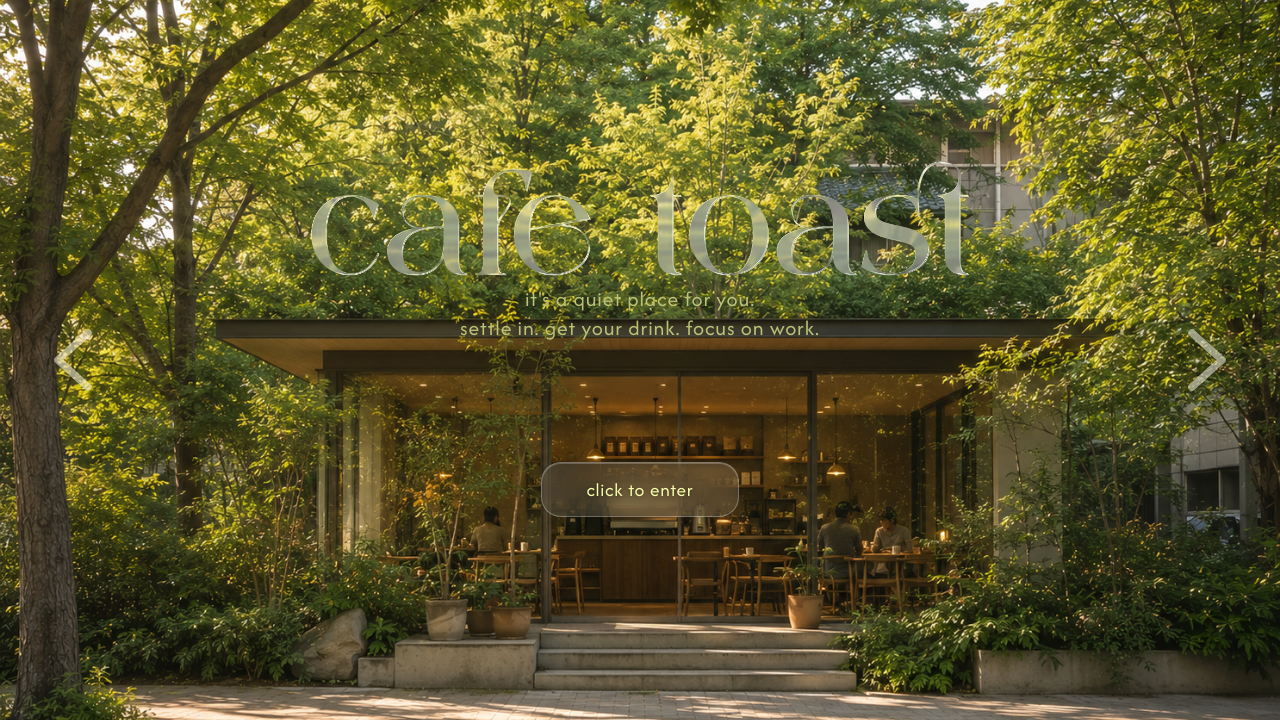
Repository: j1s00jang/cafe_toast
Page: /
An editor plug-in stored every save of this project. The page is shown before and after the next save, followed by the edit.
The browser window is 1280 px wide. The pictures show the whole page.
The project was rebuilt for these pictures with package versions that can differ from the ones it lists, and the page was loaded fresh each time. Also part of the build but not shown: vite.config.js, src/components/DrinkCarousel.css, src/components/DrinkCarousel.jsx, src/pages/DrinkSelect.css, src/pages/DrinkSelect.jsx, src/components/AudioControls.jsx, src/components/ConfirmModal.css, src/components/ConfirmModal.jsx and 5 more. Imported but missing from the stored project, and not drawn on this page: src/assets/music/jazz_cafe.mp3, src/assets/music/lofi_jazz_cafe.mp3, src/assets/music/smooth_jazz_cafe.mp3, src/assets/music/the_bookstore_cafe.mp3, src/assets/sounds/cafe_ambient_sound.mp3.

Above is the page before, as saved 2026-10-28 10:13:34.

### index.html
<!doctype html>
<html lang="en">
    <head>
        <meta charset="UTF-8" />
        <link
            rel="icon"
            href="/favicon.ico"
            sizes="48x48"
        />
        <link
            rel="icon"
            type="image/png"
            sizes="32x32"
            href="/favicon-32.png"
        />
        <link
            rel="icon"
            type="image/png"
            sizes="16x16"
            href="/favicon-16.png"
        />
        <link
            rel="apple-touch-icon"
            sizes="180x180"
            href="/apple-touch-icon.png"
        />
        <meta
            name="viewport"
            content="width=device-width, initial-scale=1.0"
        />
        <link
            rel="preconnect"
            href="https://fonts.googleapis.com"
        />
        <link
            rel="preconnect"
            href="https://fonts.gstatic.com"
            crossorigin
        />
        <link
            href="https://fonts.googleapis.com/css2?family=Didact+Gothic&family=Big+Shoulders+Display&display=swap"
            rel="stylesheet"
        />
        <title>cafe toast</title>
    </head>
    <body>
        <div id="root"></div>
        <script
            type="module"
            src="/src/main.jsx"
        ></script>
    </body>
</html>

### src/main.jsx
import { StrictMode } from 'react'
import { createRoot } from 'react-dom/client'
import './index.css'
import './styles/fonts.css'
import App from './App.jsx'

createRoot(document.getElementById('root')).render(
  <StrictMode>
    <App />
  </StrictMode>,
)

### src/index.css
*,
*::before,
*::after {
    box-sizing: border-box;
}

body {
    margin: 0;
    min-width: 320px;
}

#root {
    min-height: 100svh;
}

### src/styles/fonts.css
@font-face {
  font-family: Afacad;
  src: url('/fonts/afacad-latin-400-normal.woff2') format('woff2');
  font-weight: 400;
  font-style: normal;
  font-display: swap;
}

@font-face {
  font-family: Afacad;
  src: url('/fonts/afacad-latin-600-normal.woff2') format('woff2');
  font-weight: 600;
  font-style: normal;
  font-display: swap;
}

@font-face {
  font-family: Against;
  src:
    local('Against'),
    local('Against Regular'),
    url('/fonts/against-regular.otf') format('opentype'),
    url('/fonts/against-regular.ttf') format('truetype');
  font-weight: 400;
  font-style: normal;
  font-display: swap;
}

@font-face {
  font-family: BigShouldersDisplay;
  src: url('/fonts/big-shoulders-display-latin-400-normal.woff2') format('woff2');
  font-weight: 400;
  font-style: normal;
  font-display: swap;
}

@font-face {
  font-family: DidactGothic;
  src: url('/fonts/didact-gothic-latin-400-normal.woff2') format('woff2');
  font-weight: 400;
  font-style: normal;
  font-display: swap;
}

### src/App.jsx
import { useRef, useState } from "react";
import { CAFE_MODES } from "./data/cafeModes";
import { DEFAULT_DRINK_INDEX, DRINKS } from "./data/drinks";
import { createTimerSounds } from "./hooks/useTimerSounds";
import CafeToast from "./pages/CafeToast";
import DrinkSelect from "./pages/DrinkSelect";
import TimerPage from "./pages/TimerPage";

function App() {
    const [screen, setScreen] = useState("enter");
    const [cafeModeIndex, setCafeModeIndex] = useState(0);
    const [selectedDrinkIndex, setSelectedDrinkIndex] =
        useState(DEFAULT_DRINK_INDEX);
    const soundsRef = useRef(null);
    const cafeMode = CAFE_MODES[cafeModeIndex];
    const selectedDrink = DRINKS[selectedDrinkIndex];

    const handleOrderComplete = (drinkIndex) => {
        setSelectedDrinkIndex(drinkIndex);

        if (!soundsRef.current) {
            soundsRef.current = createTimerSounds();
        }

        soundsRef.current.start();
        setScreen("timer");
    };

    const handleLeaveTimer = () => {
        setScreen("enter");
    };

    if (screen === "timer") {
        return (
            <TimerPage
                drink={selectedDrink}
                modeId={cafeMode.id}
                background={cafeMode.selectBackground}
                soundsRef={soundsRef}
                onBack={handleLeaveTimer}
            />
        );
    }

    if (screen === "drink-select") {
        return (
            <DrinkSelect
                modeId={cafeMode.id}
                background={cafeMode.selectBackground}
                onOrderComplete={handleOrderComplete}
                onBack={() => setScreen("enter")}
            />
        );
    }

    return (
        <CafeToast
            modeIndex={cafeModeIndex}
            onModeChange={setCafeModeIndex}
            onEnter={() => setScreen("drink-select")}
        />
    );
}

export default App;

### src/data/cafeModes.js
import sunnyBg from '../assets/backgrounds/cafe_toast_sunny01.png'
import sunnySelectBg from '../assets/backgrounds/cafe_toast_sunny02.png'
import sunnyTitle from '../assets/backgrounds/sunny_title.png'
import rainyBg from '../assets/backgrounds/cafe_toast_rainy01.png'
import rainySelectBg from '../assets/backgrounds/cafe_toast_rainy02.png'
import rainyTitle from '../assets/backgrounds/rainy_title.png'
import snowyBg from '../assets/backgrounds/cafe_toast_snow01.png'
import snowySelectBg from '../assets/backgrounds/cafe_toast_snow02.png'
import snowyTitle from '../assets/backgrounds/snowy_title.png'

export const CAFE_MODES = [
  { id: 'sunny', label: 'Sunny day', background: sunnyBg, selectBackground: sunnySelectBg, titleImage: sunnyTitle },
  { id: 'rainy', label: 'Rainy day', background: rainyBg, selectBackground: rainySelectBg, titleImage: rainyTitle },
  { id: 'snowy', label: 'Snowy day', background: snowyBg, selectBackground: snowySelectBg, titleImage: snowyTitle },
]

### src/data/drinks.js
import dripImage from "../assets/drinks/coffee03_drip.png";
import americanoImage from "../assets/drinks/coffee01_americano.png";
import latteImage from "../assets/drinks/coffee04_latte.png";
import cortadoImage from "../assets/drinks/coffee02_cortado.png";
import matchaImage from "../assets/drinks/coffee05_matcha.png";
import teaImage from "../assets/drinks/coffee06_tea.png";

export const DRINKS = [
    {
        id: "drip",
        name: "drip coffee",
        article: "a",
        image: dripImage,
        timerOffsetX: "1.75rem",
        timerGlowX: "54%",
        timerGlowY: "58%",
    },
    {
        id: "americano",
        name: "iced americano",
        article: "an",
        image: americanoImage,
    },
    { id: "latte", name: "iced latte", article: "an", image: latteImage },
    { id: "cortado", name: "cortado", article: "a", image: cortadoImage },
    { id: "matcha", name: "match latte", article: "a", image: matchaImage },
    { id: "tea", name: "iced tea", article: "an", image: teaImage },
];

export const DEFAULT_DRINK_INDEX = 1;

### src/hooks/useTimerSounds.js
import { Howl } from 'howler'
import ambientSound from '../assets/sounds/cafe_ambient_sound.mp3'
import jazzCafe from '../assets/music/jazz_cafe.mp3'
import lofiJazzCafe from '../assets/music/lofi_jazz_cafe.mp3'
import smoothJazzCafe from '../assets/music/smooth_jazz_cafe.mp3'
import bookstoreCafe from '../assets/music/the_bookstore_cafe.mp3'

const MUSIC_TRACKS = [jazzCafe, lofiJazzCafe, smoothJazzCafe, bookstoreCafe]

function shuffleTracks(tracks) {
  const shuffled = [...tracks]

  for (let i = shuffled.length - 1; i > 0; i -= 1) {
    const j = Math.floor(Math.random() * (i + 1))
    ;[shuffled[i], shuffled[j]] = [shuffled[j], shuffled[i]]
  }

  return shuffled
}

function clampVolume(volume) {
  return Math.min(1, Math.max(0, volume))
}

export function createTimerSounds() {
  const ambient = new Howl({
    src: [ambientSound],
    loop: true,
    volume: 0.3,
  })

  let music = null
  let musicPlaylist = []
  let musicPlaylistIndex = 0
  let isDestroyed = false
  let musicMuted = false
  let ambientMuted = false
  let musicVolume = 0.3
  let ambientVolume = 0.3

  const getMusicOutputVolume = () => (musicMuted ? 0 : musicVolume)
  const getAmbientOutputVolume = () => (ambientMuted ? 0 : ambientVolume)

  const unloadMusic = (howl) => {
    if (!howl) return
    howl.stop()
    window.setTimeout(() => howl.unload(), 0)
  }

  const advanceMusic = () => {
    if (isDestroyed) return

    musicPlaylistIndex += 1

    if (musicPlaylistIndex >= musicPlaylist.length) {
      musicPlaylist = shuffleTracks(MUSIC_TRACKS)
      musicPlaylistIndex = 0
    }

    playCurrentMusicTrack()
  }

  const playCurrentMusicTrack = () => {
    if (isDestroyed) return

    const track = musicPlaylist[musicPlaylistIndex]
    if (!track) return

    const previousMusic = music
    const nextMusic = new Howl({
      src: [track],
      loop: false,
      html5: true,
      volume: getMusicOutputVolume(),
    })

    music = nextMusic

    nextMusic.once('end', advanceMusic)
    nextMusic.once('loaderror', () => {
      if (isDestroyed || music !== nextMusic) return
      advanceMusic()
    })
    nextMusic.once('playerror', () => {
      if (isDestroyed || music !== nextMusic) return
      nextMusic.once('unlock', () => {
        if (!isDestroyed && music === nextMusic) {
          nextMusic.play()
        }
      })
    })

    const playWhenReady = () => {
      if (!isDestroyed && music === nextMusic) {
        nextMusic.play()
      }
    }

    if (nextMusic.state() === 'loaded') {
      playWhenReady()
    } else {
      nextMusic.once('load', playWhenReady)
    }

    unloadMusic(previousMusic)
  }

  const startMusic = () => {
    musicPlaylist = shuffleTracks(MUSIC_TRACKS)
    musicPlaylistIndex = 0
    playCurrentMusicTrack()
  }

  const start = () => {
    if (!ambient.playing()) {
      ambient.play()
    }

    if (music?.playing()) return

    if (music) {
      music.play()
      return
    }

    startMusic()
  }

  const setMusicMuted = (muted) => {
    musicMuted = muted
    if (music) music.volume(getMusicOutputVolume())
  }

  const setAmbientMuted = (muted) => {
    ambientMuted = muted
    ambient.volume(getAmbientOutputVolume())
  }

  const setMusicVolume = (volume) => {
    musicVolume = clampVolume(volume)
    if (music) music.volume(getMusicOutputVolume())
  }

  const setAmbientVolume = (volume) => {
    ambientVolume = clampVolume(volume)
    ambient.volume(getAmbientOutputVolume())
  }

  const destroy = () => {
    isDestroyed = true
    ambient.stop()
    ambient.unload()

    unloadMusic(music)
    music = null
  }

  return {
    start,
    setMusicMuted,
    setAmbientMuted,
    setMusicVolume,
    setAmbientVolume,
    destroy,
  }
}

### src/pages/CafeToast.jsx
import { AnimatePresence, motion } from "framer-motion";
import { CAFE_MODES } from "../data/cafeModes";
import "./CafeToast.css";

function CafeToast({ modeIndex, onModeChange, onEnter }) {
    const currentMode = CAFE_MODES[modeIndex];

    const goToPreviousMode = () => {
        const nextIndex =
            (modeIndex - 1 + CAFE_MODES.length) % CAFE_MODES.length;
        onModeChange(nextIndex);
    };

    const goToNextMode = () => {
        const nextIndex = (modeIndex + 1) % CAFE_MODES.length;
        onModeChange(nextIndex);
    };

    return (
        <section
            className={`enter-screen enter-screen--${currentMode.id}`}
            aria-label={`Cafe Toast — ${currentMode.label}`}
        >
            <AnimatePresence mode="sync">
                <motion.div
                    key={currentMode.id}
                    className="enter-screen__background"
                    style={{
                        backgroundImage: `url(${currentMode.background})`,
                    }}
                    initial={{ opacity: 0 }}
                    animate={{ opacity: 1 }}
                    exit={{ opacity: 0 }}
                    transition={{ duration: 0.6, ease: "easeInOut" }}
                    aria-hidden="true"
                />
            </AnimatePresence>

            <button
                type="button"
                className="enter-screen__arrow enter-screen__arrow--left"
                onClick={goToPreviousMode}
                aria-label="Previous cafe atmosphere"
            >
                <svg
                    viewBox="0 0 24 24"
                    aria-hidden="true"
                >
                    <path
                        d="M16 3l-10 9 10 9"
                        fill="none"
                        stroke="currentColor"
                        strokeWidth="2.5"
                        strokeLinecap="round"
                        strokeLinejoin="round"
                    />
                </svg>
            </button>

            <div className="enter-screen__content">
                <header className="enter-screen__header">
                    <h1 className="enter-screen__title">
                        <img
                            src={currentMode.titleImage}
                            alt="cafe toast"
                            className="enter-screen__title-image"
                        />
                    </h1>
                    <p className="enter-screen__subtitle">
                        It's a quiet place for you. <br /> settle in. get your
                        drink. focus on work.
                    </p>
                </header>

                <div className="enter-screen__body">
                    <button
                        type="button"
                        className="enter-screen__button"
                        onClick={onEnter}
                    >
                        click to enter
                    </button>
                </div>
            </div>

            <button
                type="button"
                className="enter-screen__arrow enter-screen__arrow--right"
                onClick={goToNextMode}
                aria-label="Next cafe atmosphere"
            >
                <svg
                    viewBox="0 0 24 24"
                    aria-hidden="true"
                >
                    <path
                        d="M8 3l10 9-10 9"
                        fill="none"
                        stroke="currentColor"
                        strokeWidth="2.5"
                        strokeLinecap="round"
                        strokeLinejoin="round"
                    />
                </svg>
            </button>
        </section>
    );
}

export default CafeToast;

### src/pages/CafeToast.css
.enter-screen {
    position: relative;
    width: 100%;
    min-height: 100vh;
    min-height: 100svh;
    min-height: 100dvh;
    overflow: hidden;
}

.enter-screen__background {
    position: absolute;
    inset: 0;
    background-size: cover;
    background-position: center;
    background-repeat: no-repeat;
}

.enter-screen__content {
    position: relative;
    z-index: 1;
    display: flex;
    flex-direction: column;
    align-items: center;
    width: 100%;
    min-height: 100vh;
    min-height: 100svh;
    min-height: 100dvh;
    padding: clamp(11rem, 24vh, 19rem) clamp(8rem, 10vw, 14rem)
        clamp(2rem, 5vh, 3rem);
}

.enter-screen__header {
    display: flex;
    flex-direction: column;
    align-items: center;
    text-align: center;
    flex-shrink: 0;
}

.enter-screen__title {
    display: flex;
    align-items: flex-start;
    justify-content: center;
    width: clamp(16rem, 52vw, 42rem);
    height: clamp(3.86rem, 12.55vw, 10.13rem);
    margin: 0;
    line-height: 0;
}

.enter-screen__title-image {
    display: block;
    width: 100%;
    height: auto;
    max-height: 100%;
    object-fit: contain;
    object-position: center top;
}

.enter-screen--rainy .enter-screen__title-image {
    width: 59.03%;
}

.enter-screen--snowy .enter-screen__title-image {
    width: 94.75%;
}

.enter-screen__subtitle {
    margin: clamp(-1.35rem, -2.8vh, -0.85rem) 0 0;
    width: max-content;
    max-width: min(90vw, 28rem);
    font-family: "Afacad", sans-serif;
    font-size: clamp(0.95rem, 2.2vw, 1.35rem);
    font-weight: 400;
    letter-spacing: 0.04em;
    text-transform: lowercase;
    color: #bcc378;
    text-align: center;
}

.enter-screen__body {
    display: flex;
    align-items: center;
    justify-content: center;
    width: 100%;
    margin-top: clamp(12rem, 18vh, 17rem);
    flex-shrink: 0;
}

.enter-screen__button {
    appearance: none;
    margin: 0;
    border: 1px solid rgba(255, 255, 255, 0.28);
    border-radius: 20px;
    padding: 0.85rem 2.75rem;
    background: rgba(255, 255, 255, 0.1);
    backdrop-filter: blur(14px);
    -webkit-backdrop-filter: blur(14px);
    box-shadow:
        inset 0 1px 0 rgba(255, 255, 255, 0.22),
        0 8px 24px rgba(0, 0, 0, 0.12);
    font-family: "Afacad", sans-serif;
    font-size: clamp(0.95rem, 2vw, 1.2rem);
    font-weight: 200;
    letter-spacing: 0.04em;
    text-transform: lowercase;
    color: #f7ffad;
    text-shadow: 0 1px 4px rgba(0, 0, 0, 0.35);
    cursor: pointer;
    transition:
        background 0.2s ease,
        border-color 0.2s ease,
        transform 0.2s ease;
}

.enter-screen__button:hover {
    background: rgba(255, 255, 255, 0.16);
    border-color: rgba(255, 255, 255, 0.38);
}

.enter-screen__button:active {
    transform: scale(0.98);
}

.enter-screen__arrow {
    position: absolute;
    top: 50%;
    transform: translateY(-50%);
    z-index: 2;
    display: flex;
    align-items: center;
    justify-content: center;
    width: clamp(3.5rem, 9vw, 5.5rem);
    height: clamp(3.5rem, 9vw, 5.5rem);
    padding: 0;
    border: none;
    background: transparent;
    color: rgba(255, 252, 235, 0.52);
    cursor: pointer;
    transition:
        color 0.2s ease,
        transform 0.2s ease;
}

.enter-screen__arrow svg {
    width: clamp(2.75rem, 7vw, 4.5rem);
    height: clamp(3.5rem, 9vw, 5.5rem);
    filter: drop-shadow(0 1px 3px rgba(0, 0, 0, 0.12));
    transition: filter 0.2s ease;
}

.enter-screen__arrow:hover {
    color: rgba(255, 255, 248, 0.72);
}

.enter-screen__arrow:hover svg {
    filter: drop-shadow(0 2px 6px rgba(0, 0, 0, 0.18));
}

.enter-screen__arrow:active {
    transform: translateY(-50%) scale(0.94);
}

.enter-screen__arrow--left {
    left: clamp(0.75rem, 3vw, 2rem);
}

.enter-screen__arrow--right {
    right: clamp(0.75rem, 3vw, 2rem);
}

.enter-screen--rainy .enter-screen__subtitle {
    color: #afafaf;
}

.enter-screen--rainy .enter-screen__button {
    color: #c7c7c7;
}

.enter-screen--snowy .enter-screen__subtitle {
    color: #ffe4ad;
}

.enter-screen--snowy .enter-screen__button {
    color: #fff1d4;
}

@media (max-height: 900px) {
    .enter-screen__content {
        padding-top: clamp(9rem, 18vh, 13rem);
    }

    .enter-screen__body {
        margin-top: clamp(7.5rem, 12vh, 10rem);
    }
}

@media (max-width: 640px) {
    .enter-screen__content {
        padding-inline: clamp(3rem, 14vw, 4.5rem);
        padding-top: clamp(10rem, 24vh, 18rem);
    }

    .enter-screen__title {
        width: clamp(12rem, 72vw, 22rem);
        height: clamp(2.89rem, 17.36vw, 5.31rem);
    }

    .enter-screen__body {
        margin-top: clamp(9rem, 16vh, 13rem);
    }
}

After the next save:
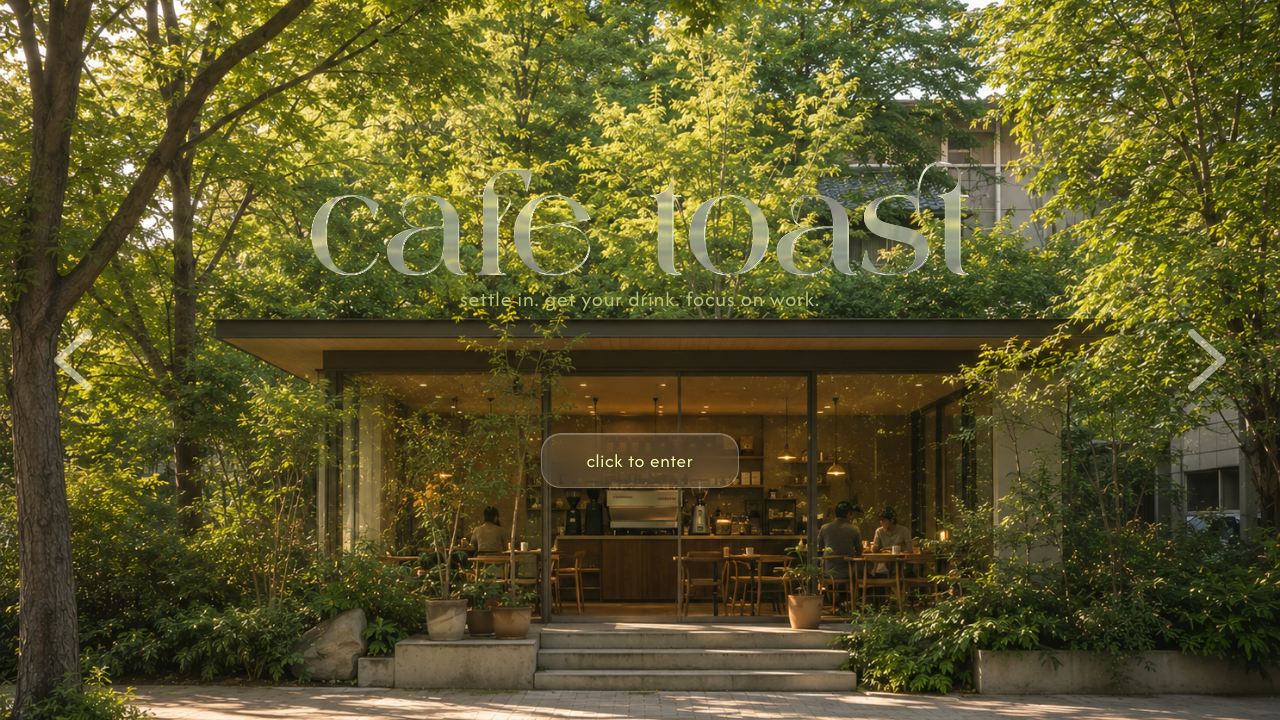
Saved 9 s later.
--- a/src/pages/CafeToast.jsx
+++ b/src/pages/CafeToast.jsx
@@ -67,8 +67,7 @@ function CafeToast({ modeIndex, onModeChange, onEnter }) {
                         />
                     </h1>
                     <p className="enter-screen__subtitle">
-                        It's a quiet place for you. <br /> settle in. get your
-                        drink. focus on work.
+                        settle in. get your drink. focus on work.
                     </p>
                 </header>
 
